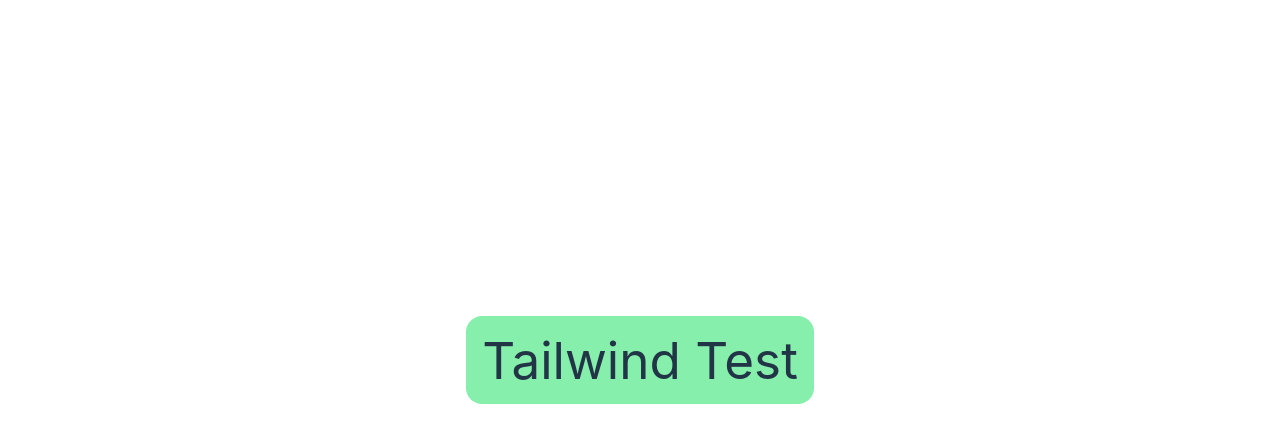
Repository: Adarshjeet0/ReactJs
Page: / (app in 03tailwindprops/)
An editor plug-in stored every save of this project. The page is shown before and after a run of saves, followed by the edit.
The browser window is 1280 px wide. The pictures show the whole page.
The project was rebuilt for these pictures with package versions that can differ from the ones it lists, and the page was loaded fresh each time. Also part of the build but not shown: 03tailwindprops/vite.config.js.

Above is the page before, as saved 2024-11-30 22:44:30.

### 03tailwindprops/src/App.jsx
import { useState } from 'react'
import reactLogo from './assets/react.svg'
import viteLogo from '/vite.svg'
import './App.css'

function App() {
  const [count, setCount] = useState(0)

  return (
    <>
      <h1 className="bg-green-300 p-4 rounded-2xl text">Tailwind Test</h1>
    </>
  )
}

export default App

Loaded but not shown: 03tailwindprops/index.html (common file); 03tailwindprops/src/main.jsx (common file); 03tailwindprops/src/index.css (common file); 03tailwindprops/src/App.css (common file); 03tailwindprops/tailwind.config.js (common file)

After the next 2 saves:
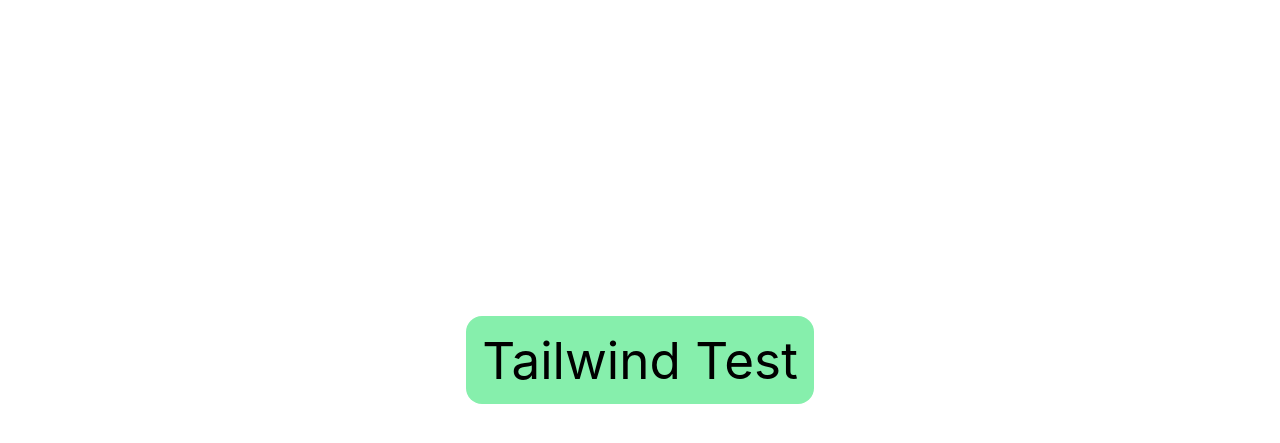
The 2 saves are shown as one change because they came seconds apart.
The last was saved 6 s later.
--- a/03tailwindprops/src/App.jsx
+++ b/03tailwindprops/src/App.jsx
@@ -8,7 +8,7 @@
 
   return (
     <>
-      <h1 className="bg-green-300 p-4 rounded-2xl text">Tailwind Test</h1>
+      <h1 className="bg-green-300 p-4 rounded-2xl text-black">Tailwind Test</h1>
     </>
   )
 }
